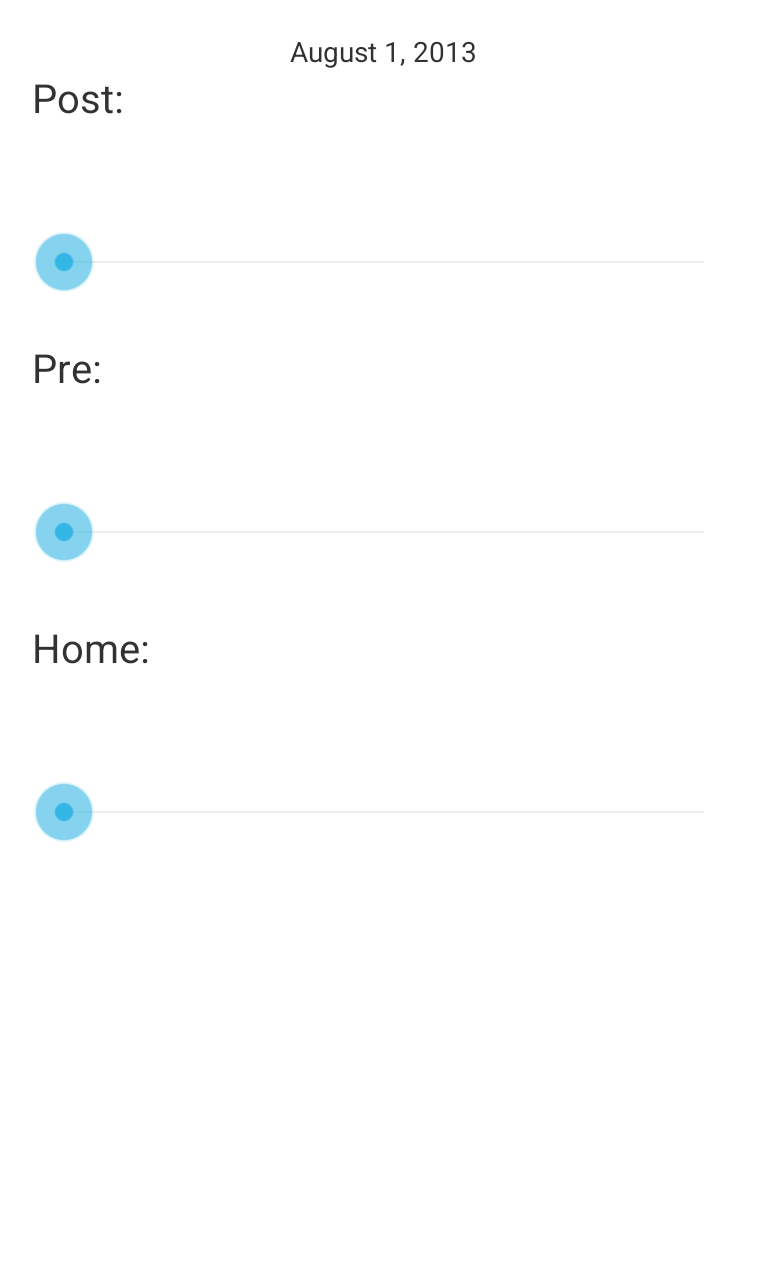
Repository: jemcphe/XCell
Layout: XCell/res/layout/phones.xml
An editor plug-in stored every save of this project. The layout is shown before and after the next save, followed by the edit.
It is drawn on a 768 x 1280 px phone screen (xhdpi) without system bars, with theme Theme.Xcell; the app's code is not run.

Above is the layout before, as saved 2013-08-28 03:28:55.

After the next save:
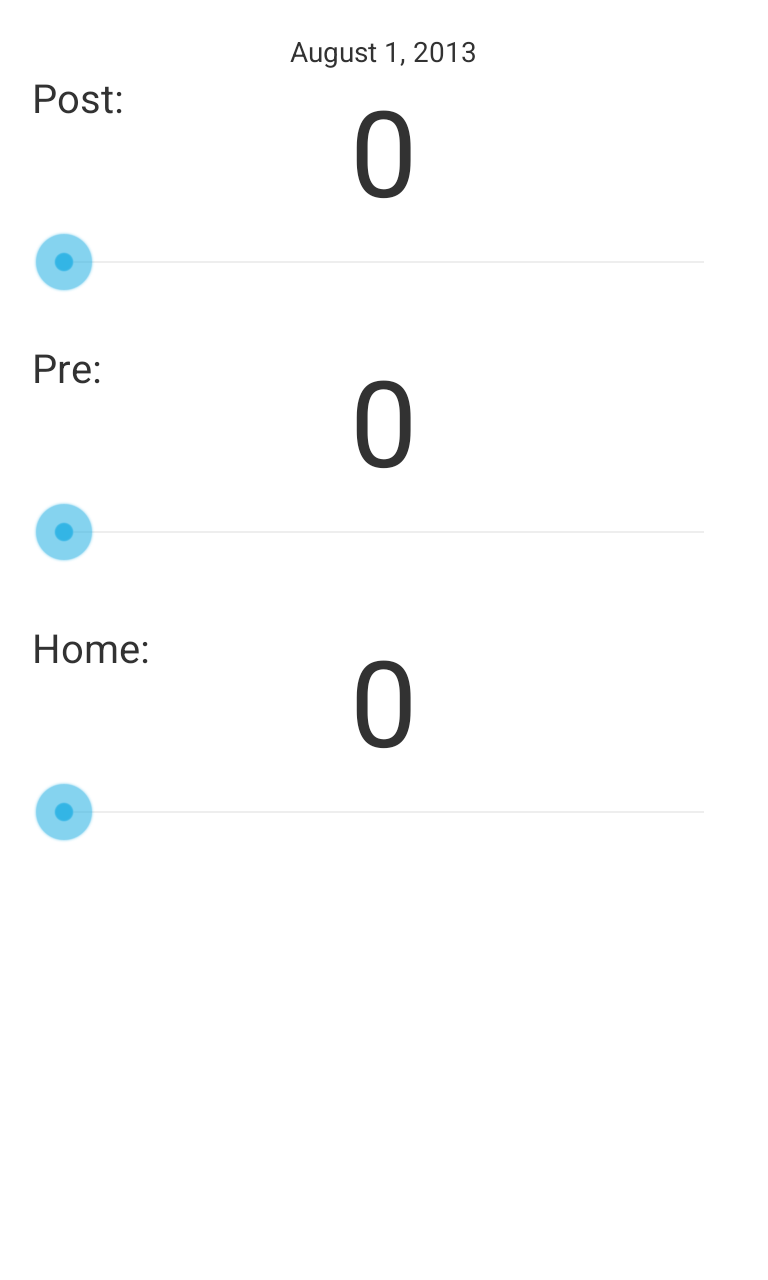
Saved 64 s later.
--- a/XCell/res/layout/phones.xml
+++ b/XCell/res/layout/phones.xml
@@ -23,7 +23,7 @@
         android:layout_alignLeft="@+id/preValue"
         android:layout_alignTop="@+id/postLabel"
         android:textSize="60sp"
-        android:setText="0" />
+        android:text="0" />
 
     <SeekBar
         android:id="@+id/homeSeekBar"
@@ -48,7 +48,7 @@
         android:layout_alignTop="@+id/preLabel"
         android:layout_centerHorizontal="true"
         android:textSize="60sp"
-        android:setText="0" />
+        android:text="0" />
 
     <SeekBar
         android:id="@+id/preSeekBar"
@@ -65,7 +65,7 @@
         android:layout_alignLeft="@+id/preValue"
         android:layout_alignTop="@+id/homeLabel"
         android:textSize="60sp"
-        android:setText="0" />
+        android:text="0" />
 
     <TextView
         android:id="@+id/phones_date"
